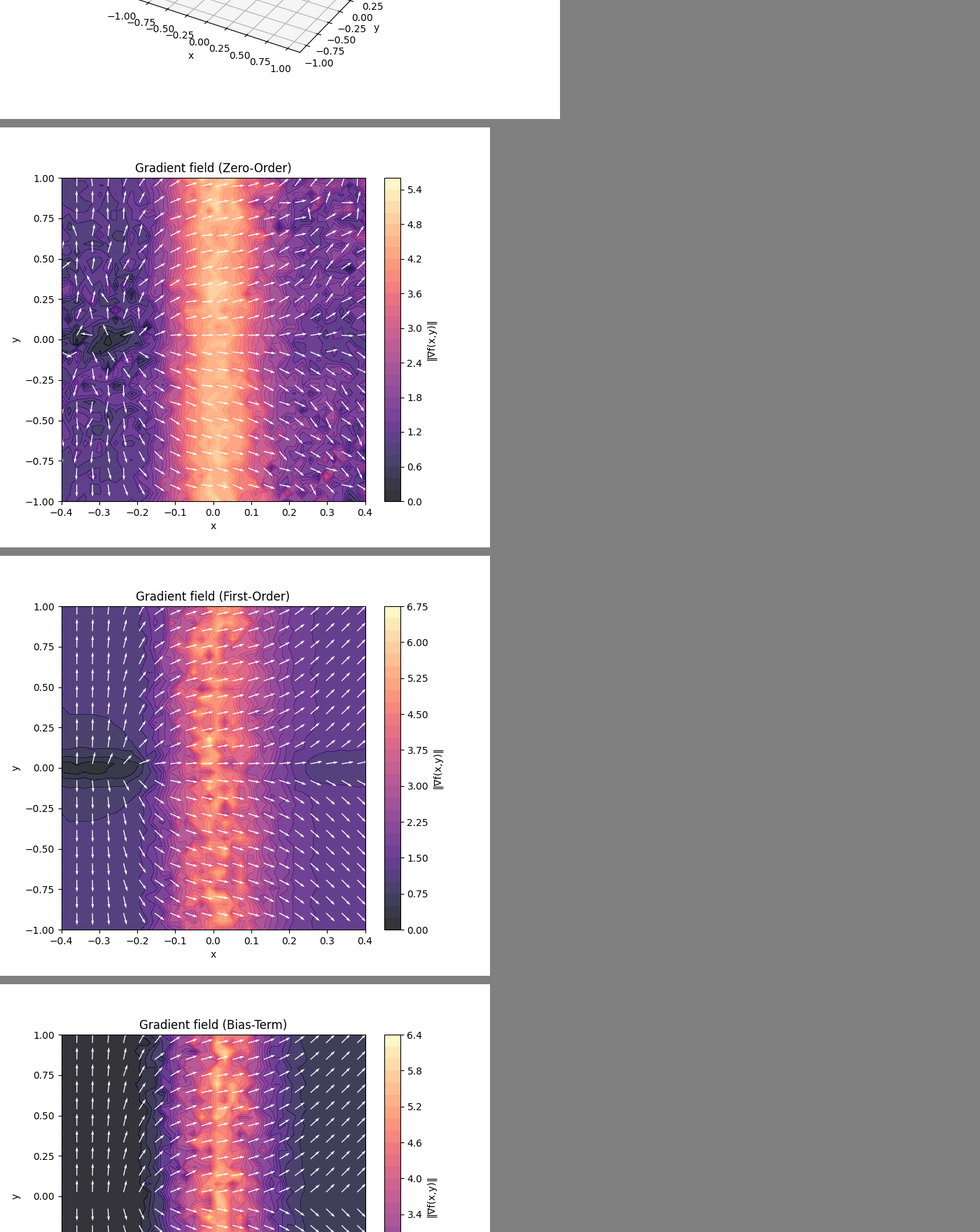
Repository: oomcth/Gradient-smoothing
Script's output: python test2D.py
An editor plug-in stored every save of this project. The script's output is shown before and after the next save, followed by the edit.
The pictures show rows 430 to 2190 of an output 2836 px tall, at 70% of full size.
Each picture stacks the figures in order, with grey between them; figures that are only written to a file come last. Figures wider than 1,400 px are first shrunk to that width. Random numbers start from a fixed seed.

Above is the script's output before, as saved 2025-11-24 01:23:34.

After the next save:
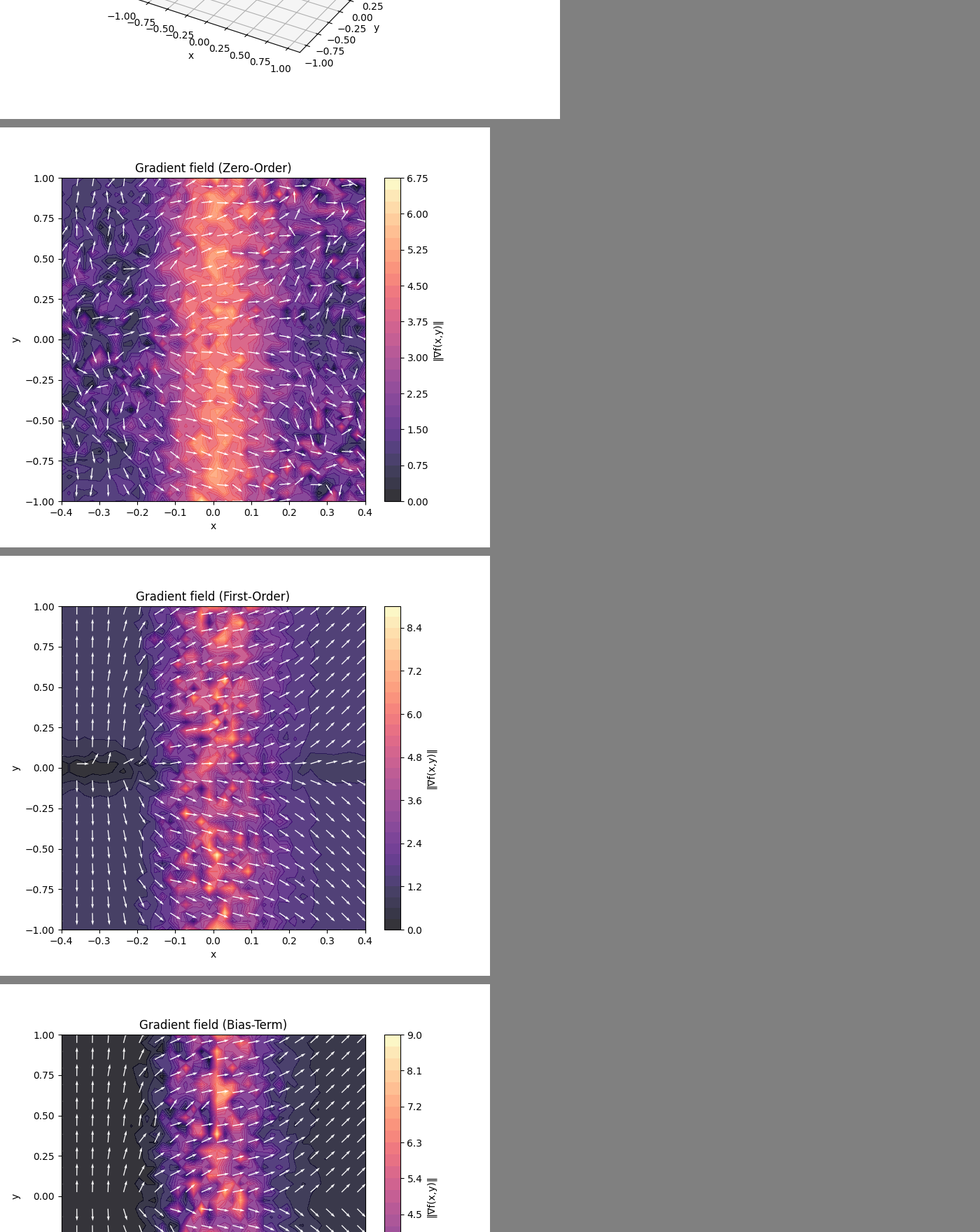
Saved 13 h 42 min later.
--- a/test2D.py
+++ b/test2D.py
@@ -3,8 +3,8 @@ import matplotlib.pyplot as plt
 from mpl_toolkits.mplot3d import Axes3D
 
 sigma = 0.1
-M = 500
-Ns = 500
+M = 100
+Ns = 100
 L = 3
 rng = np.random.default_rng()
 
